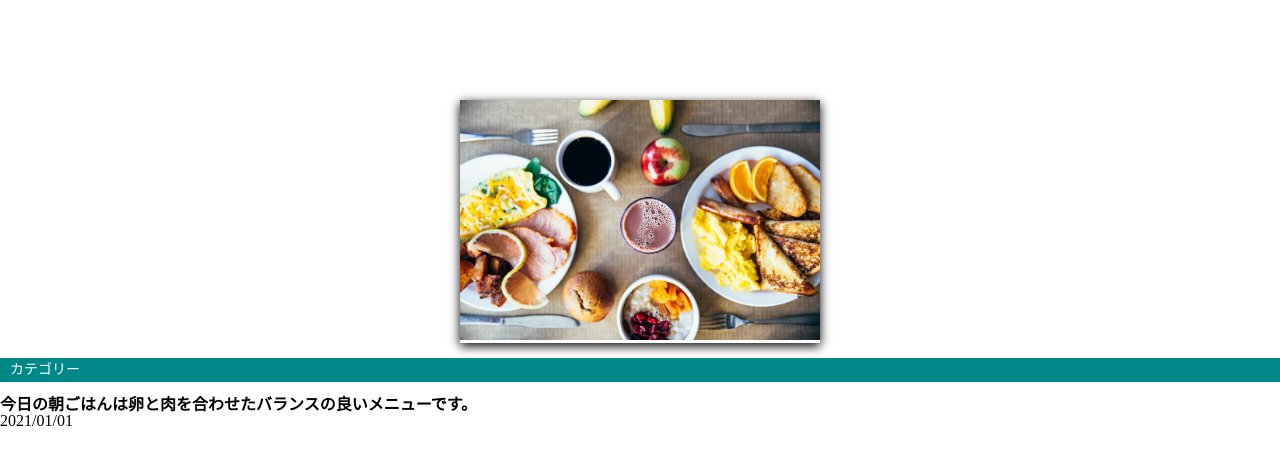
Repository: yosuke257/20231104_watanabe_css
Page: coachtech/html-css/index.html
These files come from the project's save history. The page is drawn as it stood at one moment and after the next save; the edit follows.
The browser window is 1280 px wide. The pictures show the whole page.

Above is the page before, as saved 2023-10-23 00:25:46.

### coachtech/html-css/index.html
<!DOCTYPE html>
<html lang="ja">

<head>
    <meta charset="UTF-8">
    <meta name="viewport" content="width=device-width, initial-scale=1.0">
    <title>Document</title>
    <link rel="stylesheet" href="css/style.css" />
    <link rel="stylesheet" href="css/reset.css" />
</head>

<body>
    <div class="card">
        <div class="card__img">
            <img src="img/card.jpg" alt="">
        </div>
    </div>

    <div class="card__content">
        <div class="card__content-cat">カテゴリー</div>
        <h2 class="card__content-ttl">
            今日の朝ごはんは卵と肉を合わせたバランスの良いメニューです。
        </h2>
        <div class="card__content-tag">
            <p class="card__content-tag-item"></p>
            <p class="card__content-tag-item card__content-tag-item--last">2021/01/01</p>
        </div>
    </div>

</body>

</html>

### coachtech/html-css/css/style.css
.card {
    width: 360px;
    margin: 100px auto 0;
    box-shadow: 0px 3px 10px rgba(0, 0, 0, 2);
}

.card__img img {
    width: 100%;
}

.card__content-cat {
    font-size: 14px;
    background-color: #008888;
    color: #fff;
    margin: 15px 0 15px 0;
    padding: 5px 10px;
    display: ;
}

### coachtech/html-css/css/reset.css
 /*
html5doctor.com Reset Stylesheet
v1.6.1
Last Updated: 2010-09-17
Author: Richard Clark - http://richclarkdesign.com
Twitter: @rich_clark
*/

 html,
 body,
 div,
 span,
 object,
 iframe,
 h1,
 h2,
 h3,
 h4,
 h5,
 h6,
 p,
 blockquote,
 pre,
 abbr,
 address,
 cite,
 code,
 del,
 dfn,
 em,
 img,
 ins,
 kbd,
 q,
 samp,
 small,
 strong,
 sub,
 sup,
 var,
 b,
 i,
 dl,
 dt,
 dd,
 ol,
 ul,
 li,
 fieldset,
 form,
 label,
 legend,
 table,
 caption,
 tbody,
 tfoot,
 thead,
 tr,
 th,
 td,
 article,
 aside,
 canvas,
 details,
 figcaption,
 figure,
 footer,
 header,
 hgroup,
 menu,
 nav,
 section,
 summary,
 time,
 mark,
 audio,
 video {
     margin: 0;
     padding: 0;
     border: 0;
     outline: 0;
     font-size: 100%;
     vertical-align: baseline;
     background: transparent;
 }

 body {
     line-height: 1;
 }

 article,
 aside,
 details,
 figcaption,
 figure,
 footer,
 header,
 hgroup,
 menu,
 nav,
 section {
     display: block;
 }

 nav ul {
     list-style: none;
 }

 blockquote,
 q {
     quotes: none;
 }

 blockquote:before,
 blockquote:after,
 q:before,
 q:after {
     content: '';
     content: none;
 }

 a {
     margin: 0;
     padding: 0;
     font-size: 100%;
     vertical-align: baseline;
     background: transparent;
 }

 /* change colours to suit your needs */
 ins {
     background-color: #ff9;
     color: #000;
     text-decoration: none;
 }

 /* change colours to suit your needs */
 mark {
     background-color: #ff9;
     color: #000;
     font-style: italic;
     font-weight: bold;
 }

 del {
     text-decoration: line-through;
 }

 abbr[title],
 dfn[title] {
     border-bottom: 1px dotted;
     cursor: help;
 }

 table {
     border-collapse: collapse;
     border-spacing: 0;
 }

 /* change border colour to suit your needs */
 hr {
     display: block;
     height: 1px;
     border: 0;
     border-top: 1px solid #cccccc;
     margin: 1em 0;
     padding: 0;
 }

 input,
 select {
     vertical-align: middle;
 }

After the next save:
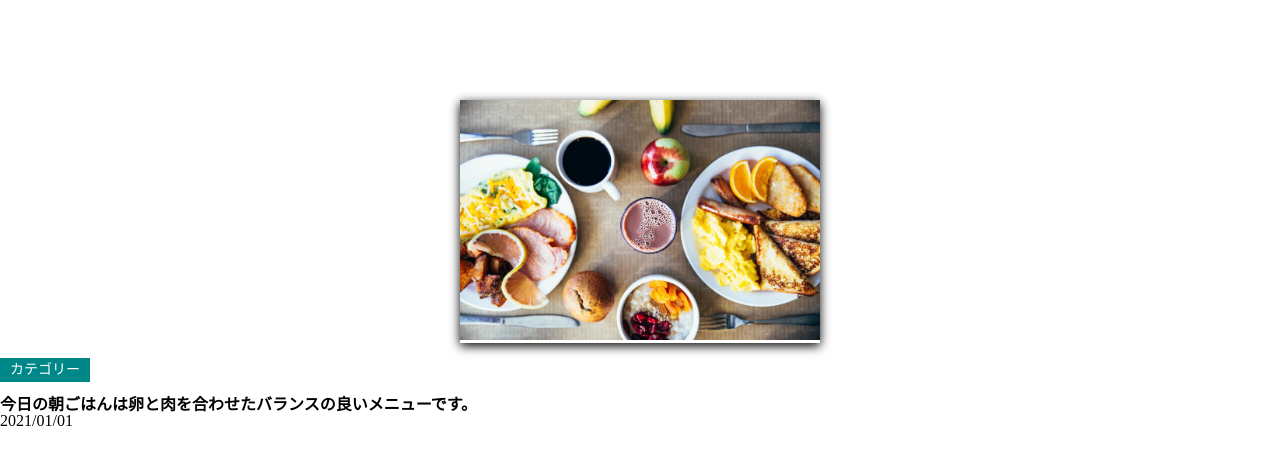
Saved 12 s later.
--- a/coachtech/html-css/css/style.css
+++ b/coachtech/html-css/css/style.css
@@ -14,5 +14,5 @@
     color: #fff;
     margin: 15px 0 15px 0;
     padding: 5px 10px;
-    display: ;
+    display: inline-block;
 }
